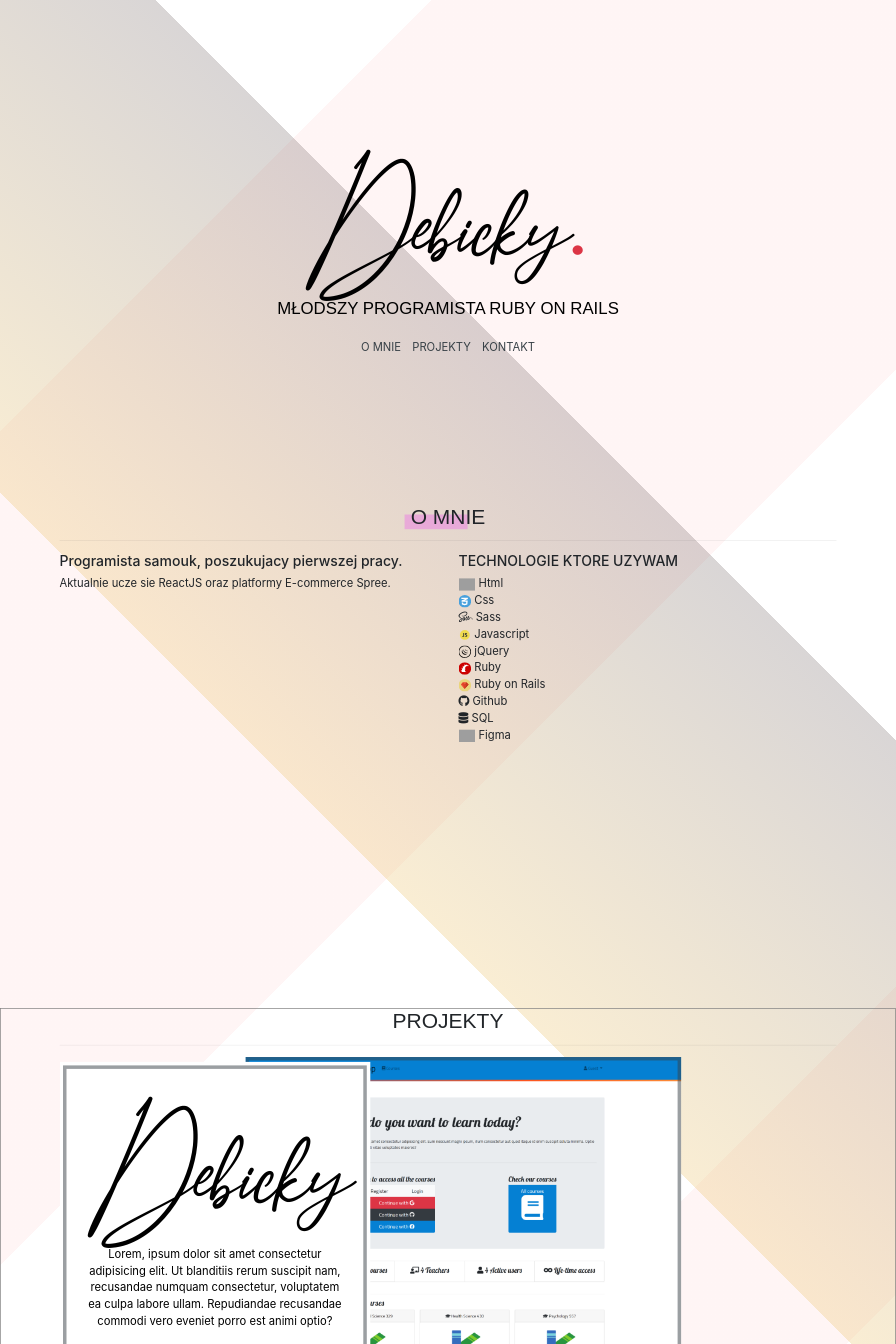
Repository: debicky/debicky.github.io
Page: index.html
These files come from the project's save history. The page is drawn as it stood at one moment and after the next save; the edit follows.
The browser window is 1280 px wide. The pictures show the part of the page from y = 0 to 1920 px (the page is 3128 px tall before and 4637 px after), at 70% of full size.
Pictures or frames that could not be fetched are drawn as grey boxes. An inner scrolling area shows only its first screen. Some web fonts or font styles are not loaded; a fallback is used. Some web libraries are served in a nearby version.

Above is the page before, as saved 2020-06-14 15:44:46.

After the next save:
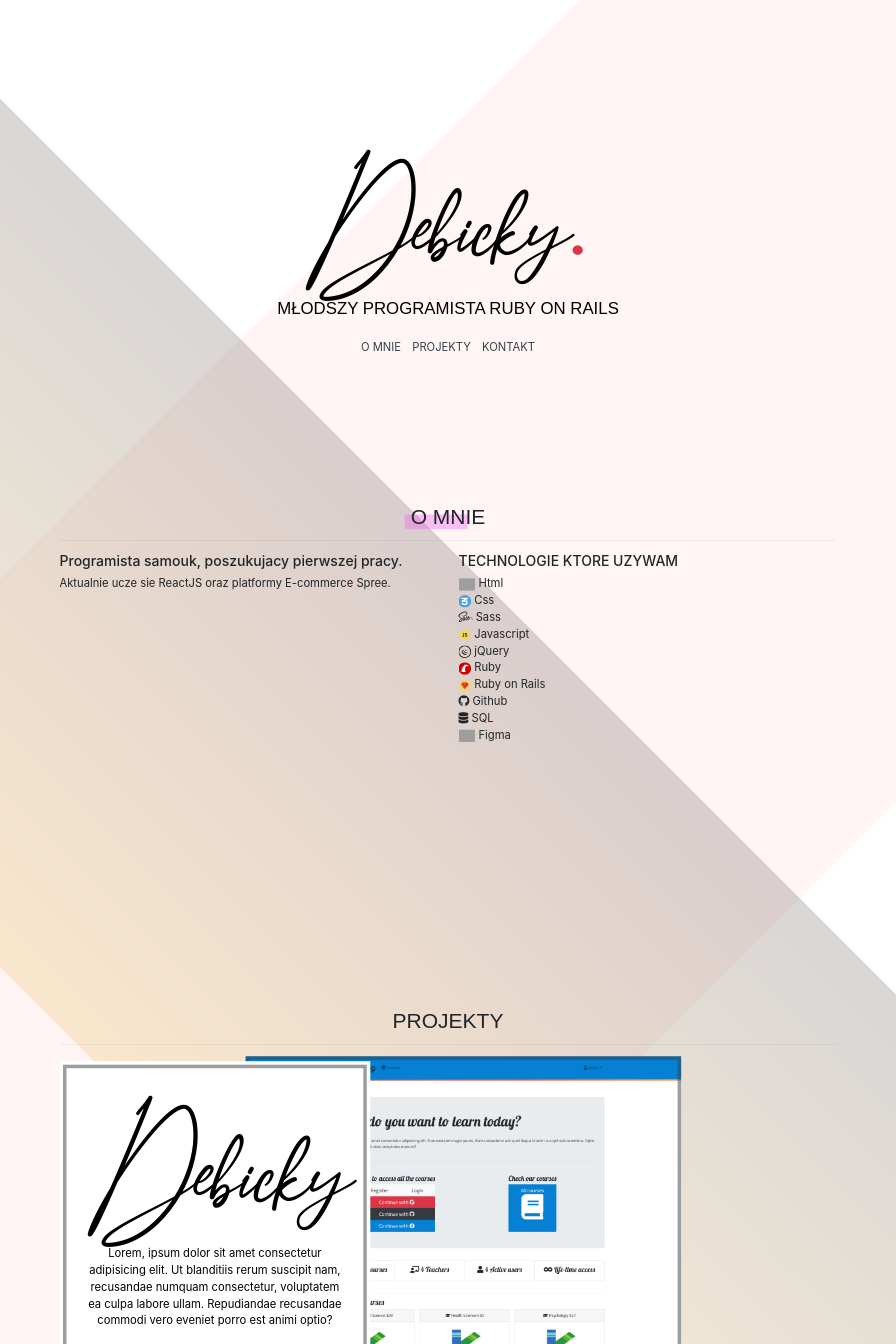
Saved 5 s later.
--- a/styles.css
+++ b/styles.css
@@ -178,12 +178,7 @@
 
 
 .projects {
-  max-height: 100vh;
-  overflow-y: scroll;
-  border: 1px solid gray;
-  scroll-snap-type: mandatory;
-  scroll-snap-points-y: repeat(3rem);
-  scroll-snap-type: y mandatory;
+
 }
 .project-1 {
   height: 100vh;

After the save that followed:
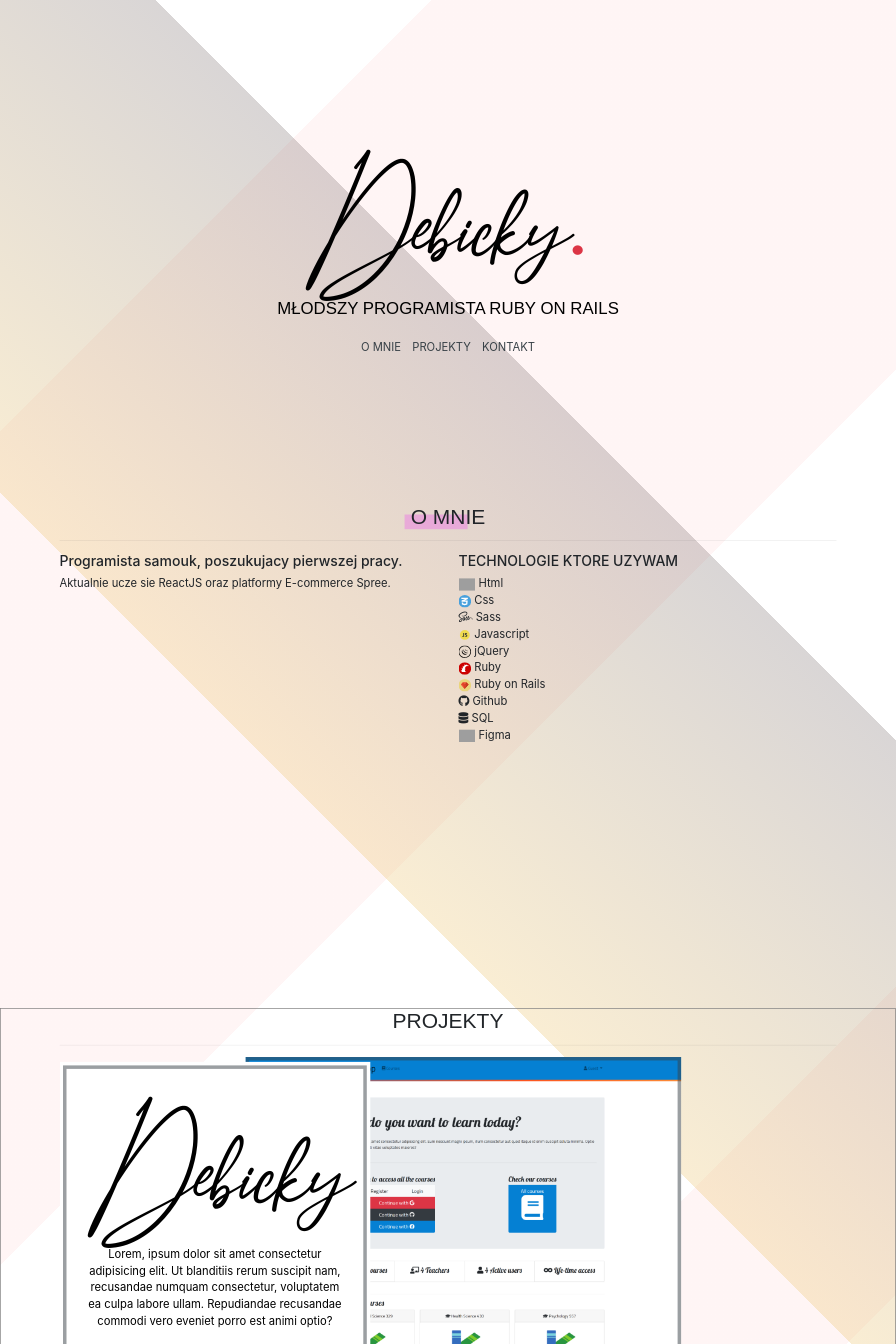
Saved 14 s later.
--- a/styles.css
+++ b/styles.css
@@ -178,7 +178,12 @@
 
 
 .projects {
-
+  max-height: 100vh;
+  overflow-y: scroll;
+  border: 1px solid gray;
+  scroll-snap-type: mandatory;
+  scroll-snap-points-y: repeat(3rem);
+  scroll-snap-type: y mandatory;
 }
 .project-1 {
   height: 100vh;
